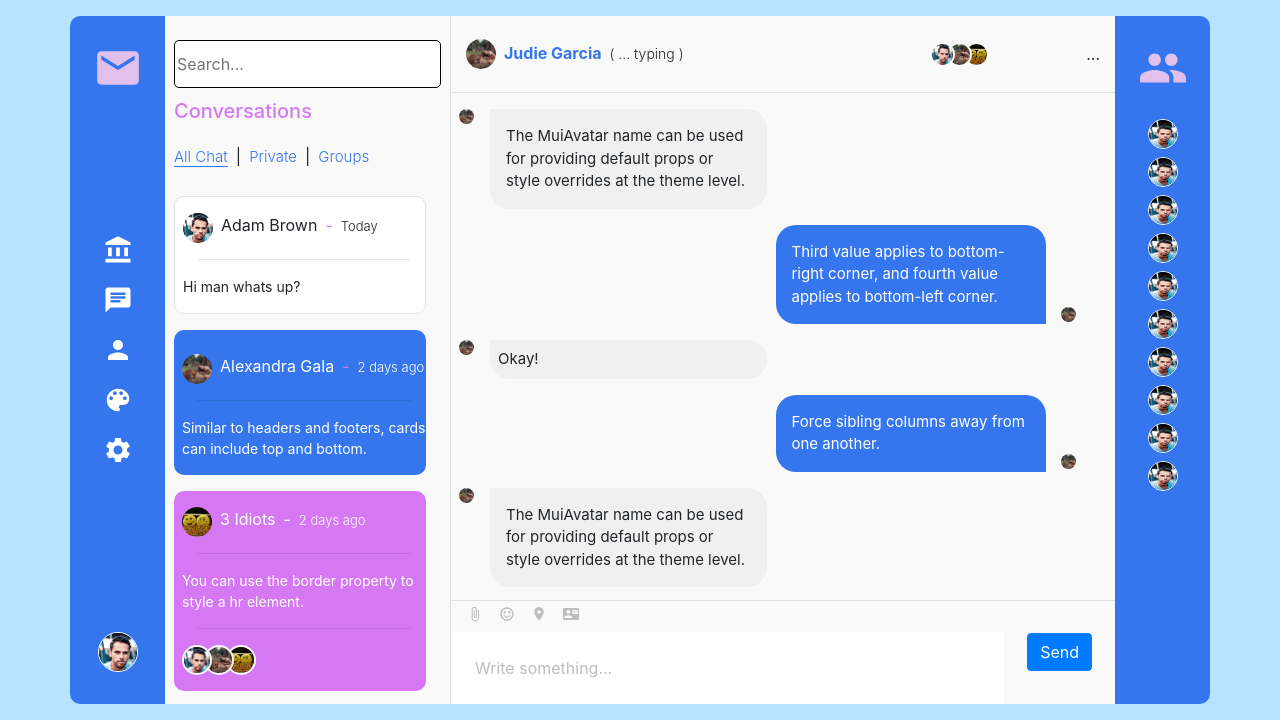
Repository: arafat877/super-chat
Page: /#/chat
An editor plug-in stored every save of this project. The page is shown before and after the next save, followed by the edit.
The browser window is 1280 px wide. The pictures show the whole page.
The project was rebuilt for these pictures with package versions that can differ from the ones it lists, and the page was loaded fresh each time. Also part of the build but not shown: src/pages/register/Register.scss, src/components/formInput/FormInput.js, src/pages/register/Register.js, src/pages/login/Login.scss, src/pages/login/Login.js, src/pages/profile/Profile.js.

Above is the page before, as saved 2020-08-07 15:32:52.

After the next save:
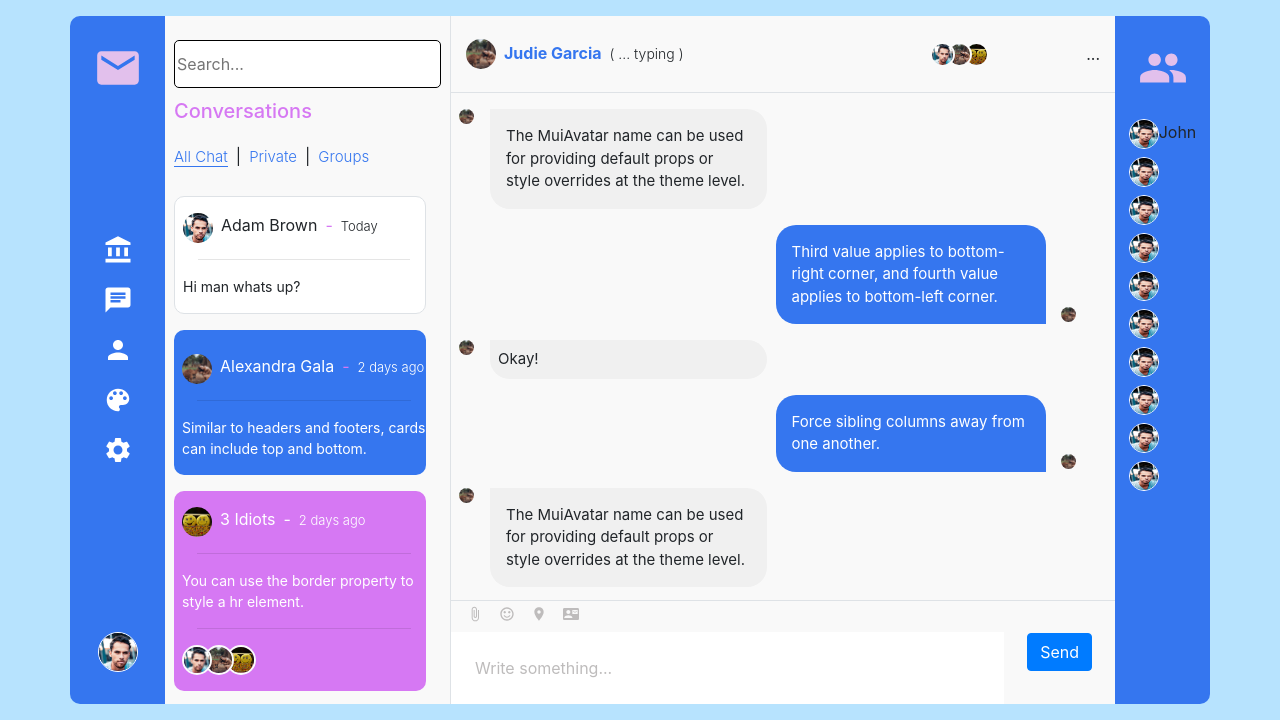
Saved 42 s later.
--- a/src/pages/chat/Chat.js
+++ b/src/pages/chat/Chat.js
@@ -305,6 +305,7 @@ const Chat = () => {
                     src={require("../../assets/m1.jpeg")}
                     alt="profile"
                   />
+                  <span>John</span>
                 </li>
                 <li className="friendListItem mb-2">
                   <img
